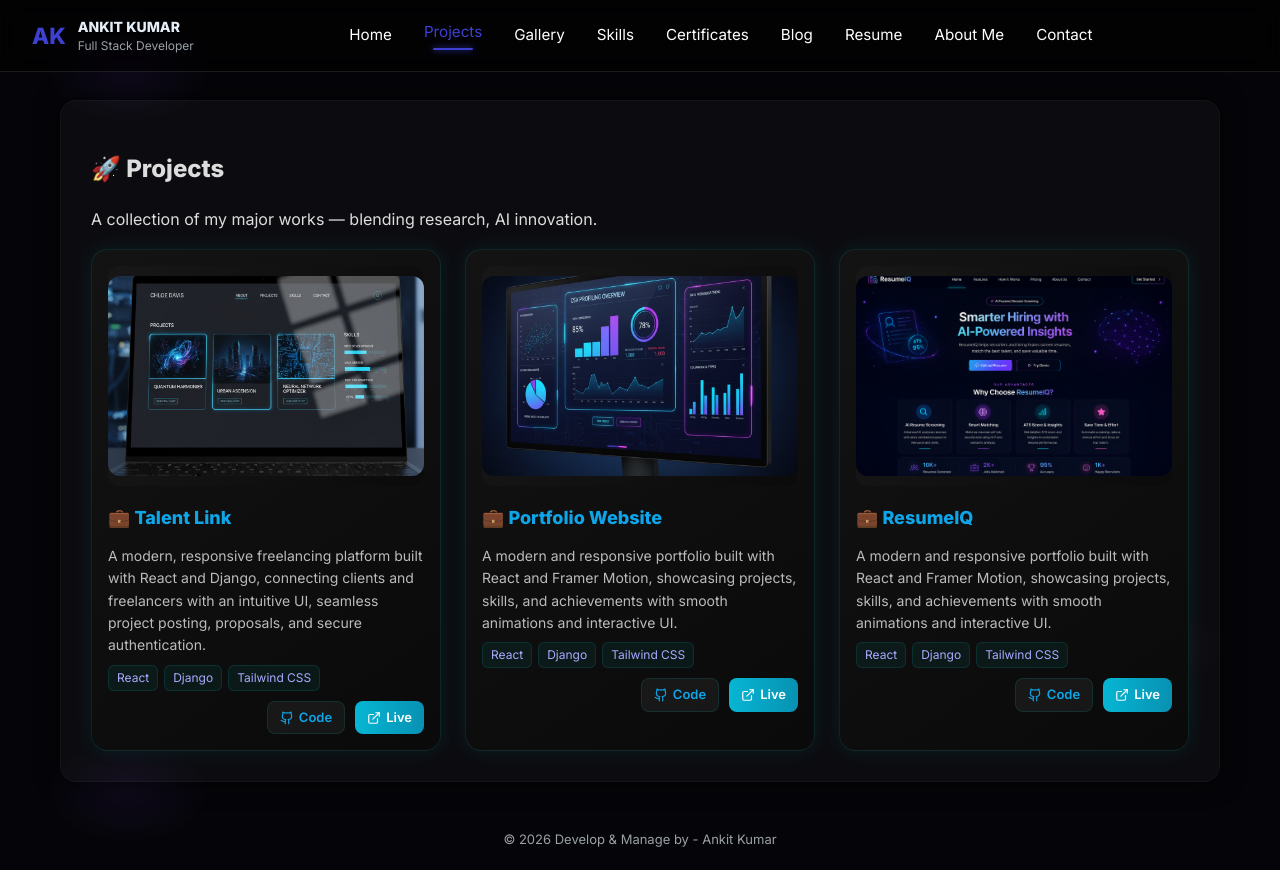
Repository: santoshkrsah/Ankit-Profile
Page: /projects
The author's editor kept a copy of each file at every save. The page is drawn from the files as they stood at one save, then again after the next save.
The browser window is 1280 px wide. The pictures show the whole page.
The project was rebuilt for these pictures with package versions that can differ from the ones it lists, and the page was loaded fresh each time. Some packages were replaced by stand-ins written for this rebuild. Also part of the build but not shown: vite.config.mjs, src/CSS/Home.css, src/pages/Home.jsx, src/CSS/Gallery.css, src/pages/Gallery.jsx, src/pages/Certificates.jsx, src/pages/blog.css, src/pages/Blog.jsx and 6 more.

Above is the page before, as saved 2026-05-22 03:16:10.

### index.html
<!doctype html>
<html lang="en">
<head>
  <meta charset="utf-8" />
  <meta name="viewport" content="width=device-width, initial-scale=1.0" />
  <title>Ankit Kr — Portfolio</title>
   <link rel="icon" type="image/png" href="/site_icon.png">
  <link rel="apple-touch-icon" href="/site_icon.png">
  <link rel="icon" type="image/png" sizes="32x32" href="/site_icon.png">
  <link rel="icon" type="image/png" sizes="16x16" href="/site_icon.png">
  <link rel="preconnect" href="https://fonts.googleapis.com">
  <link rel="preconnect" href="https://fonts.gstatic.com" crossorigin>
  <link href="https://fonts.googleapis.com/css2?family=Inter:wght@300;400;600;800&display=swap" rel="stylesheet">
</head>
<body>
  <div id="root"></div>
  <script type="module" src="/src/main.jsx"></script>
</body>
</html>

### src/main.jsx
import React from 'react'
import { createRoot } from 'react-dom/client'
import { BrowserRouter } from 'react-router-dom'
import App from './App'
import './index.css'

createRoot(document.getElementById('root')).render(
  <BrowserRouter>
    <App />
  </BrowserRouter>
)

### src/App.jsx
import React from 'react'
import { Routes, Route } from 'react-router-dom'
import Navbar from './components/Navbar'
import Home from './pages/Home'
import Projects from './pages/Projects'
import Gallery from './pages/Gallery'
import Certificates from './pages/Certificates'
import Blog from './pages/Blog'
import Resume from './pages/Resume'
import About from './pages/About'
import Contact from './pages/Contact'
import NotFound from './pages/NotFound'
import SkillNetwork from './pages/Skills'

export default function App() {
  return (
    <div className="app">
      <Navbar />
      <main style={{ flex: 1 }}>
        <Routes>
          <Route path="/" element={<Home />} />
          <Route path="/projects" element={<Projects />} />
          <Route path="/gallery" element={<Gallery />} />
          <Route path="/skills" element={<SkillNetwork />} />
          <Route path="/certificates" element={<Certificates />} />
          <Route path="/blog" element={<Blog />} />
          <Route path="/resume" element={<Resume />} />
          <Route path="/about" element={<About />} /> {/* ✅ fixed lowercase */}
          <Route path="/contact" element={<Contact />} />
          <Route path="*" element={<NotFound />} />
        </Routes>
      </main>
      <footer className="footer">
        © {new Date().getFullYear()} Develop & Manage by - Ankit Kumar
      </footer>
    </div>
  )
}

### src/components/Navbar.jsx
import React, { useState, useEffect, useRef } from "react";
import { NavLink } from "react-router-dom";
import { motion, AnimatePresence } from "framer-motion";

const links = [
  { label: "Home", to: "/" },
  { label: "Projects", to: "/projects" },
  { label: "Gallery", to: "/gallery" },
  { label: "Skills", to: "/skills" },
  { label: "Certificates", to: "/certificates" },
  { label: "Blog", to: "/blog" },
  { label: "Resume", to: "/resume" },
  { label: "About Me", to: "/about" },
  { label: "Contact", to: "/contact" },
];

export default function Navbar() {
  const [isOpen, setIsOpen] = useState(false);
  const [showButton, setShowButton] = useState(false);
  const navRef = useRef(null);
  const linksRef = useRef(null);

  // Check if links overflow nav width (to show hamburger)
  const checkOverflow = () => {
    if (!navRef.current || !linksRef.current) return;
    setShowButton(linksRef.current.scrollWidth > navRef.current.offsetWidth);
  };

  useEffect(() => {
    checkOverflow();
    window.addEventListener("resize", checkOverflow);
    return () => window.removeEventListener("resize", checkOverflow);
  }, []);

  return (
    <>
      {/* --- Navbar --- */}
      <nav
        ref={navRef}
        style={{
          position: "sticky",
          top: 0,
          zIndex: 100,
          display: "flex",
          justifyContent: "space-between",
          alignItems: "center",
          padding: "1rem 2rem",
          borderBottom: "1px solid rgba(255,255,255,0.1)",
          background: "rgba(0,0,0,0.6)",
          backdropFilter: "blur(10px)",
          fontFamily: "inherit",
        }}
      >
        {/* Logo */}
        <div style={{ display: "flex", alignItems: "center", gap: 12 }}>
          <motion.div
            className="logo"
            initial={{ scale: 0 }}
            animate={{ scale: 1 }}
            transition={{ type: "spring", stiffness: 200 }}
            style={{
              fontWeight: "bold",
              fontSize: "1.4rem",
              color: "var(--accent)",
            }}
          >
            AK
          </motion.div>
          <div style={{ display: "flex", flexDirection: "column" }}>
            <h1 style={{ margin: 0, fontSize: 14 }}>ANKIT KUMAR</h1>
            <div style={{ fontSize: 12, color: "var(--muted)" }}>
              Full Stack Developer
            </div>
          </div>
        </div>

        {/* Desktop links */}
        <div
          ref={linksRef}
          style={{
            display: showButton ? "none" : "flex",
            justifyContent: "center",
            gap: "2rem",
            alignItems: "center",
            flexGrow: 1,
          }}
        >
          {links.map((l) => (
            <NavLink
              key={l.to}
              to={l.to}
              end
              style={{
                position: "relative",
                fontSize: "0.95rem",
                textDecoration: "none",
                color: "white",
                fontWeight: 500,
              }}
            >
              {({ isActive }) => (
                <motion.div
                  whileHover={{
                    scale: 1.1,
                    color: "var(--accent)",
                    textShadow: "0 0 8px var(--accent)",
                  }}
                  transition={{ duration: 0.3 }}
                  style={{
                    display: "flex",
                    flexDirection: "column",
                    alignItems: "center",
                  }}
                >
                  <motion.span
                    animate={{ color: isActive ? "var(--accent)" : "white" }}
                    transition={{ duration: 0.3 }}
                  >
                    {l.label}
                  </motion.span>
                  {isActive && (
                    <motion.div
                      layoutId="underline"
                      initial={{ opacity: 0, y: 5 }}
                      animate={{ opacity: 1, y: 0 }}
                      transition={{ duration: 0.3 }}
                      style={{
                        width: "70%",
                        height: "2px",
                        marginTop: "4px",
                        borderRadius: "1px",
                        backgroundColor: "var(--accent)",
                        boxShadow: "0 0 6px var(--accent)",
                      }}
                    />
                  )}
                </motion.div>
              )}
            </NavLink>
          ))}
        </div>

        {/* Hamburger */}
        {showButton && (
          <div className="mobile-btn">
            <button
              style={{
                background: "none",
                border: "none",
                color: "#fff",
                fontSize: "1.8rem",
                cursor: "pointer",
                zIndex: 10000,
              }}
              onClick={() => setIsOpen(!isOpen)}
            >
              {isOpen ? "✕" : "☰"}
            </button>
          </div>
        )}
      </nav>

      {/* --- Mobile Dropdown Menu --- */}
      <AnimatePresence>
        {isOpen && showButton && (
          <motion.div
            initial={{ opacity: 0, y: -15 }}
            animate={{ opacity: 1, y: 0 }}
            exit={{ opacity: 0, y: -15 }}
            style={{
              position: "fixed",
              top: 0,
              left: 0,
              width: "100%",
              height: "100vh",
              background: "rgba(0,0,0,0.95)",
              backdropFilter: "blur(12px)",
              display: "flex",
              flexDirection: "column",
              alignItems: "center",
              paddingTop: "4rem",
              overflowY: "auto",
              zIndex: 9999,
            }}
          >
            <button
              style={{
                position: "absolute",
                top: "1rem",
                right: "1rem",
                fontSize: "2rem",
                color: "#fff",
                background: "none",
                border: "none",
                cursor: "pointer",
              }}
              onClick={() => setIsOpen(false)}
            >
              ✕
            </button>

            {links.map((l) => (
              <NavLink
                key={l.to}
                to={l.to}
                onClick={() => setIsOpen(false)}
                style={{
                  color: "#fff",
                  textDecoration: "none",
                  padding: "1rem 0",
                  width: "100%",
                  textAlign: "center",
                  fontSize: 16,
                  borderBottom: "1px solid rgba(255,255,255,0.05)",
                }}
              >
                {l.label}
              </NavLink>
            ))}
          </motion.div>
        )}
      </AnimatePresence>
    </>
  );
}

### src/pages/Projects.jsx
import React from 'react'
import { motion } from 'framer-motion'
import { Github, ExternalLink } from 'lucide-react'

const PROJECTS = [
  {title: '💼 Talent Link',
  desc: 'A modern, responsive freelancing platform built with React and Django, connecting clients and freelancers with an intuitive UI, seamless project posting, proposals, and secure authentication.',
  ss: '/portfolio.jpg',
  tech: ['React', 'Django', 'Tailwind CSS'],
  live: 'https://talentlinkinfy.vercel.app/',
  code: 'https://github.com/Kumarankit666/TLIN'
  },
  {
  title: '💼 Portfolio Website',
  desc: 'A modern and responsive portfolio built with React and Framer Motion, showcasing projects, skills, and achievements with smooth animations and interactive UI.',
  ss: '/ProfileX.png',
  tech: ['React', 'Django', 'Tailwind CSS'],
  live: '#',
  code: 'Your project link here'
  },
  {
  title: '💼 ResumeIQ',
  desc: 'A modern and responsive portfolio built with React and Framer Motion, showcasing projects, skills, and achievements with smooth animations and interactive UI.',
  ss: '/ResumeIQ.png',
  tech: ['React', 'Django', 'Tailwind CSS'],
  live: 'https://resume-iq-tyyh.vercel.app/',
  code: 'Your project link here'
  },

]

export default function Projects() {
  return (
    <motion.section
      className="container"
      initial={{ opacity: 0, y: 30 }}
      animate={{ opacity: 1, y: 0 }}
      transition={{ duration: 0.6 }}
      id="projects"
    >
      <div className="card" style={{ background: 'rgba(255,255,255,0.03)', borderRadius: 16, padding: 30 }}>
        <motion.h2
          className="text-4xl font-semibold text-cyan-400 mb-2"
          initial={{ opacity: 0 }}
          animate={{ opacity: 1 }}
          transition={{ delay: 0.1 }}
        >
          🚀 Projects
        </motion.h2>
        <p className="text-gray-400 mb-10">
          A collection of my major works — blending research, AI innovation.
        </p>

        <div className="projects-grid" style={{ display: 'grid', gap: 24, gridTemplateColumns: 'repeat(auto-fit, minmax(320px, 1fr))' }}>
          {PROJECTS.map((p, idx) => (
            <motion.div
              key={idx}
              className="project-card"
              initial={{ opacity: 0, y: 20, scale: 0.95 }}
              whileInView={{ opacity: 1, y: 0, scale: 1 }}
              transition={{ duration: 0.4, delay: idx * 0.15 }}
              whileHover={{ scale: 1.03 }}
              viewport={{ once: true }}
              style={{
                background: 'linear-gradient(145deg, rgba(20,20,20,0.9), rgba(10,10,10,0.9))',
                border: '1px solid rgba(0,255,255,0.1)',
                borderRadius: 16,
                padding: 16,
                overflow: 'hidden',
                boxShadow: '0 0 20px rgba(0,255,255,0.08)'
              }}
            >
              <motion.div className="ss" whileHover={{ scale: 1.05 }} style={{ borderRadius: 12, overflow: 'hidden' }}>
                <img
                  src={p.ss}
                  alt={p.title}
                  style={{
                    width: '100%',
                    height: '200px',
                    objectFit: 'cover',
                    borderRadius: 12
                  }}
                />
              </motion.div>

              <div style={{ marginTop: 12 }}>
                <h3 style={{ fontSize: 18, color: '#0ea5e9', marginBottom: 6 }}>{p.title}</h3>
                <p style={{ fontSize: 14, color: '#bbb', marginBottom: 8, lineHeight: 1.6 }}>{p.desc}</p>

                <div style={{ display: 'flex', flexWrap: 'wrap', gap: 6, marginBottom: 10 }}>
                  {p.tech.map((t) => (
                    <span
                      key={t}
                      style={{
                        background: 'rgba(0,255,255,0.05)',
                        border: '1px solid rgba(0,255,255,0.1)',
                        padding: '3px 8px',
                        borderRadius: 6,
                        fontSize: 12,
                        color: '#aaf'
                      }}
                    >
                      {t}
                    </span>
                  ))}
                </div>

                <div style={{ display: 'flex', justifyContent: 'flex-end', gap: 10 }}>
                  <motion.a
                    href={p.code}
                    target="_blank"
                    rel="noreferrer"
                    className="btn"
                    whileHover={{ scale: 1.08 }}
                    style={{
                      display: 'flex',
                      alignItems: 'center',
                      gap: 5,
                      background: 'rgba(255,255,255,0.05)',
                      color: '#0ea5e9',
                      padding: '6px 12px',
                      borderRadius: 8,
                      fontSize: 13,
                      border: '1px solid rgba(0,255,255,0.1)',
                      textDecoration: 'none'
                    }}
                  >
                    <Github size={14} /> Code
                  </motion.a>
                  <motion.a
                    href={p.live}
                    target="_blank"
                    rel="noreferrer"
                    className="btn"
                    whileHover={{ scale: 1.08 }}
                    style={{
                      display: 'flex',
                      alignItems: 'center',
                      gap: 5,
                      background: 'linear-gradient(90deg, #06b6d4, #0891b2)',
                      color: '#fff',
                      padding: '6px 12px',
                      borderRadius: 8,
                      fontSize: 13,
                      textDecoration: 'none'
                    }}
                  >
                    <ExternalLink size={14} /> Live
                  </motion.a>
                </div>
              </div>
            </motion.div>
          ))}
        </div>
      </div>
    </motion.section>
  )
}

### src/CSS/Contact.css
:root {
  --accent: #3e40d1;
  --accent-2: #00ffe16e;
}

.contact-section {
  min-height: 100vh;
  width: 100%;
  display: flex;
  flex-direction: column;
  align-items: center;
  justify-content: flex-start;
  background: radial-gradient(circle at 25% 25%, rgba(116, 2, 255, 0.175), transparent 80%);;
  color: #fff;
  padding: 2rem 1.5rem 4rem;
  text-align: center;
}

.contact-title {
  font-size: 2.6rem;
  margin: 1.5rem 0 0.5rem;
  background: linear-gradient(90deg, var(--accent), var(--accent-2));
  -webkit-background-clip: text;
  color: transparent;
}

.contact-subtitle {
  font-size: 1.1rem;
  color: rgba(255,255,255,0.8);
  max-width: 700px;
  margin-bottom: 2rem;
  line-height: 1.6;
}

.contact-links {
  display: flex;
  flex-wrap: wrap;
  justify-content: center;
  gap: 25px;
  margin-bottom: 2.2rem;
  z-index: 1;
}

.social-link {
  display: inline-block;
}

.social-icon {
  width: 60px;
  height: 60px;
  border-radius: 50%;
  object-fit: cover;
  border: 2px solid var(--accent);
  background: rgba(255,255,255,0.05);
  padding: 8px;
}

.contact-form {
  display: flex;
  flex-direction: column;
  gap: 14px;
  width: 100%;
  max-width: 500px;
}

.contact-form input,
.contact-form textarea {
  padding: 12px;
  border-radius: 8px;
  border: none;
  background: rgba(255,255,255,0.08);
  color: #fff;
  outline: none;
  font-size: 1rem;
  resize: none;
}

.contact-btn {
  padding: 12px;
  background: linear-gradient(90deg, var(--accent), var(--accent-2));
  border: none;
  border-radius: 8px;
  color: #fff;
  font-weight: 600;
  cursor: pointer;
}

.contact-status {
  margin-top: 10px;
  color: #0ff;
  font-weight: 500;
}

Loaded but not shown: src/index.css (360 lines, source omitted)

After the next save:
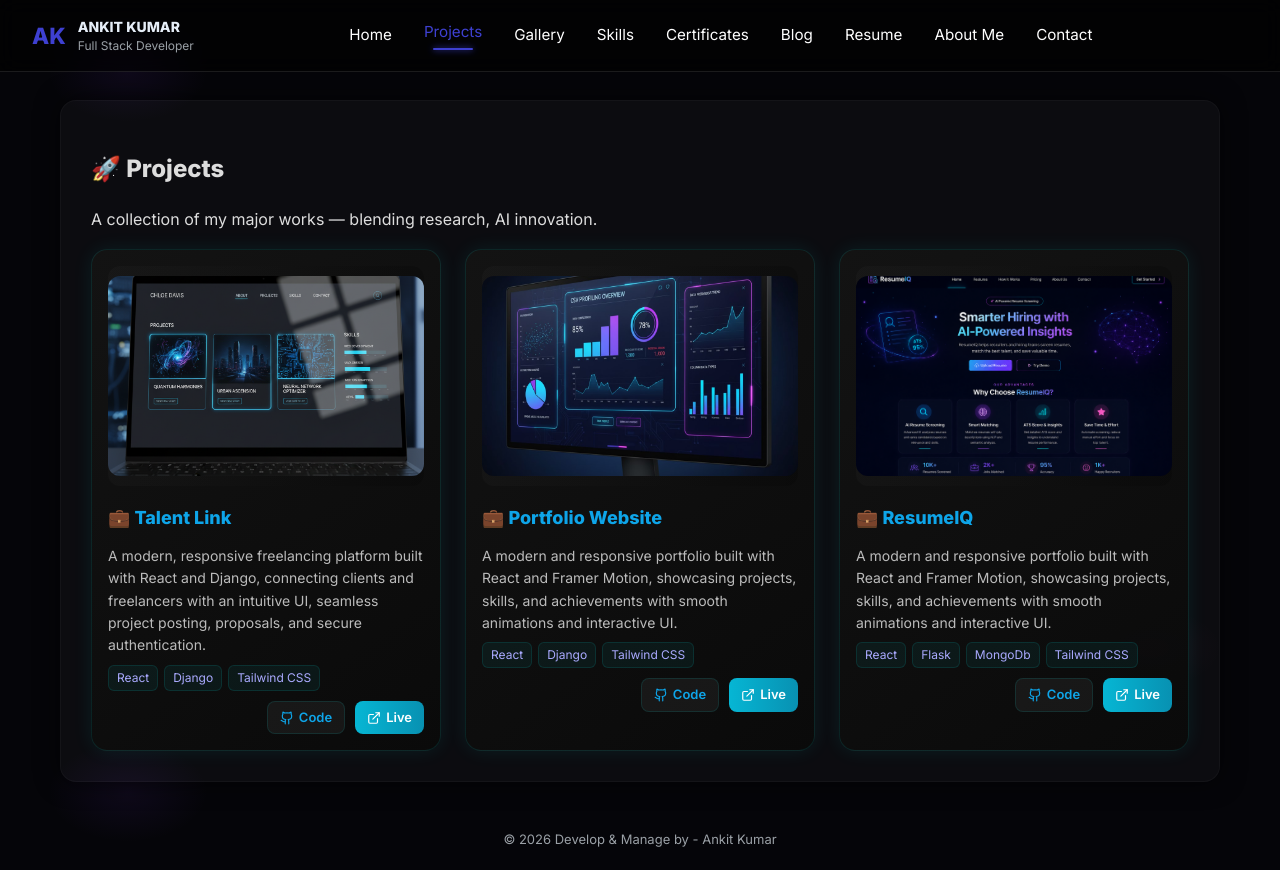
Saved 2 min 3 s later.
--- a/src/pages/Projects.jsx
+++ b/src/pages/Projects.jsx
@@ -22,7 +22,7 @@ const PROJECTS = [
   title: '💼 ResumeIQ',
   desc: 'A modern and responsive portfolio built with React and Framer Motion, showcasing projects, skills, and achievements with smooth animations and interactive UI.',
   ss: '/ResumeIQ.png',
-  tech: ['React', 'Django', 'Tailwind CSS'],
+  tech: ['React', 'Flask', 'MongoDb','Tailwind CSS'],
   live: 'https://resume-iq-tyyh.vercel.app/',
   code: 'Your project link here'
   },
